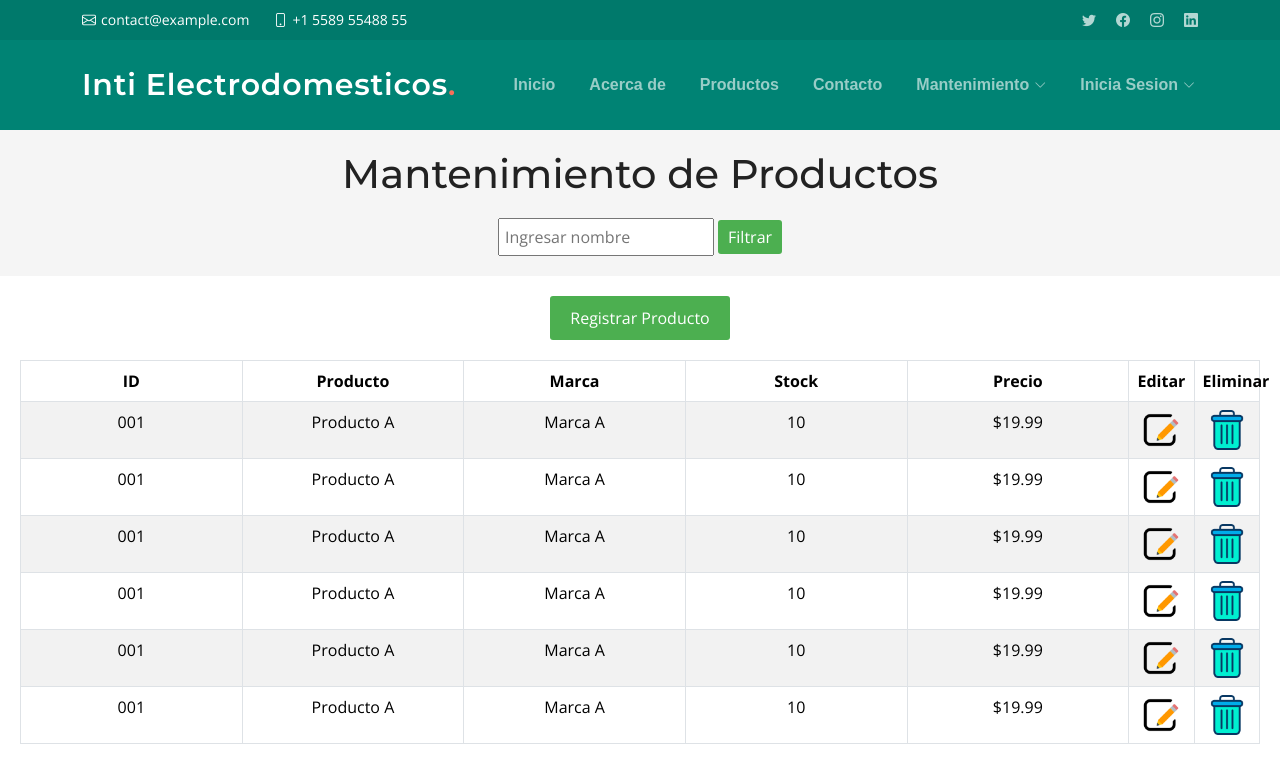
Repository: JReynaldoDelRio/DAWI---IntiElectrdomesticos
Page: http://localhost/mantenimientoProducto
An editor plug-in stored every save of this project. The page is shown before and after the next save, followed by the edit.
The browser window is 1280 px wide. The pictures show the whole page.
Some web fonts or font styles are not loaded; a fallback is used. Some web libraries are served in a nearby version. The page is this project's Thymeleaf template; nobody is signed in. The template is opened directly, without the code that normally fills it, so the values that code supplies are empty.

Above is the page before, as saved 2023-06-07 17:29:57.

After the next save:
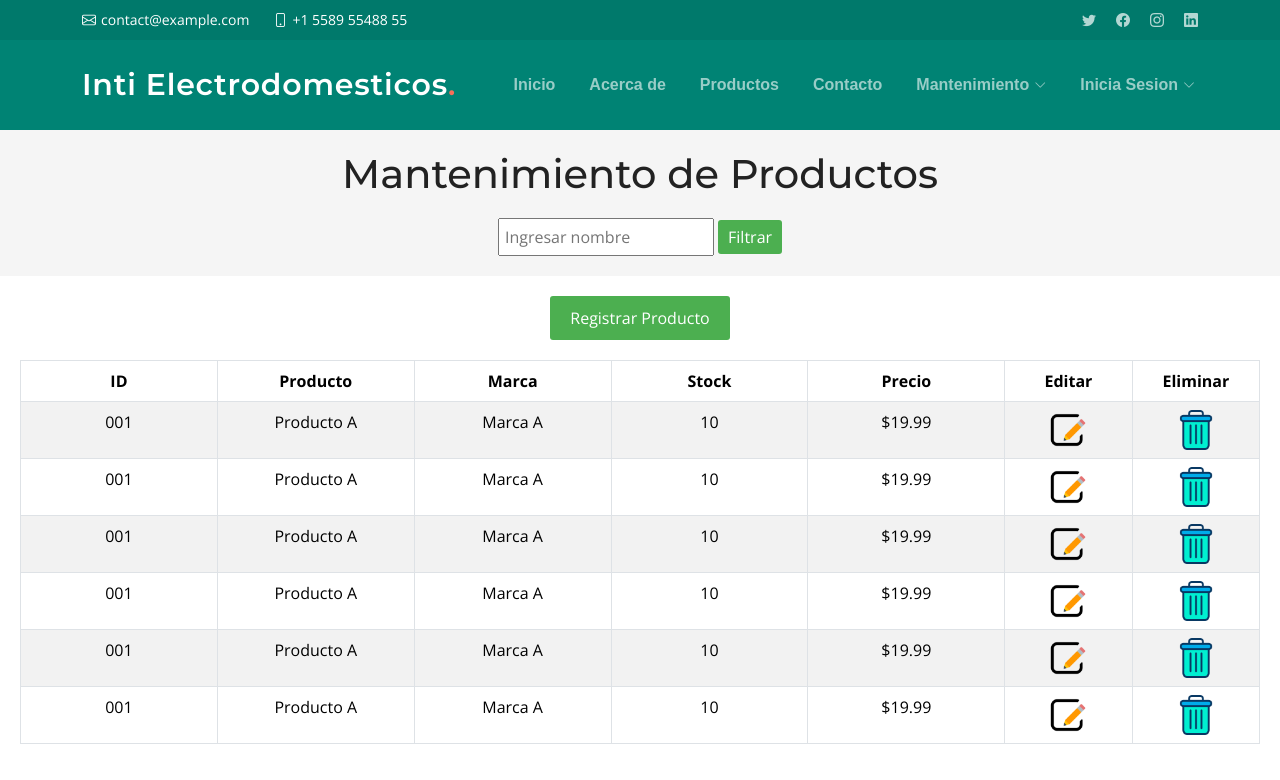
Saved 4 s later.
--- a/IntiElectrodomesticos/src/main/resources/static/css/producto.css
+++ b/IntiElectrodomesticos/src/main/resources/static/css/producto.css
@@ -71,7 +71,7 @@ tbody tr:hover {
 }
 
 th:nth-child(6), td:nth-child(6), th:nth-child(7), td:nth-child(7) {
-	width: 5.28%; /* Tamaño de cada columna (100% / 7) */
+	width: 10.28%; /* Tamaño de cada columna (100% / 7) */
 }
 
 
